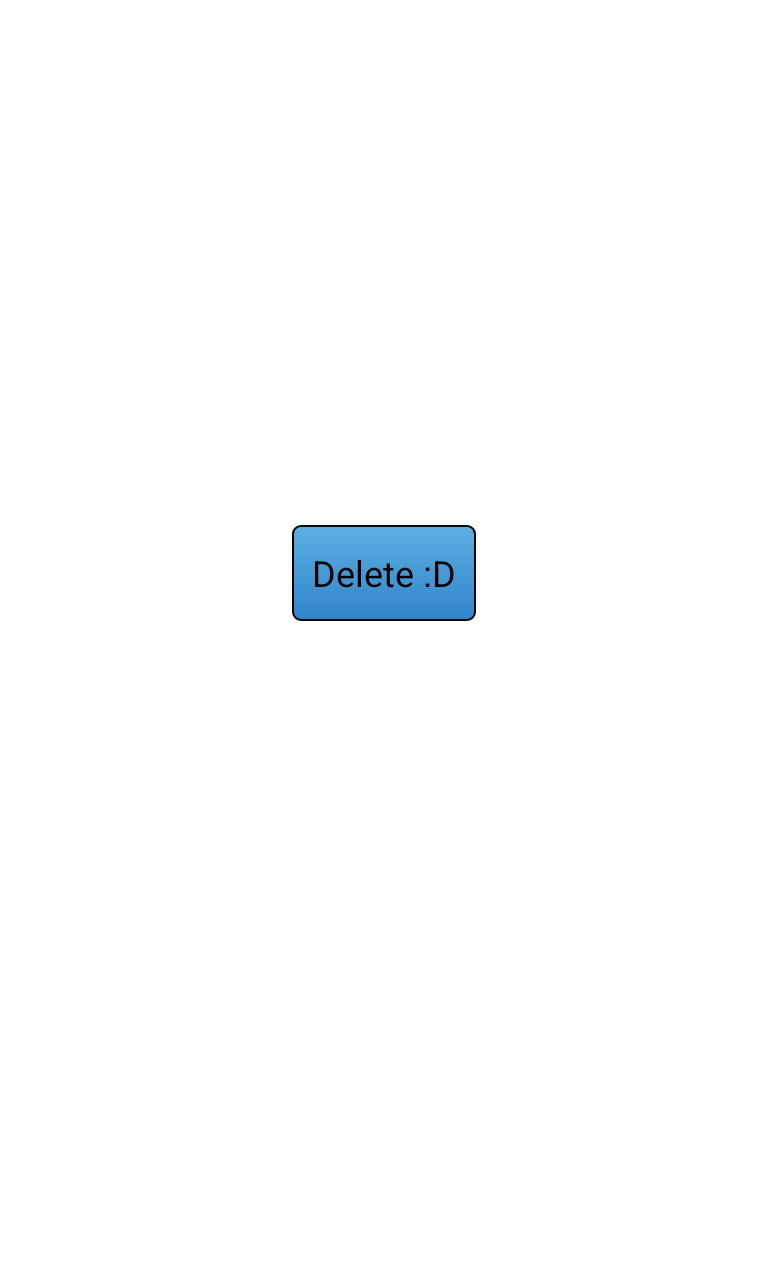
Repository: ArisKots1992/Software-Development
Layout: Anaptiksi Logismikou/Anaptiksi Logismikou/AdminClientApplication/res/layout/third_tab.xml
The author's editor kept a copy of each file at every save. The layout is drawn from the files as they stood at one save, then again after the next save.
It is drawn on a 768 x 1280 px phone screen (xhdpi) without system bars, with theme AppTheme; the app's code is not run.

Above is the layout before, as saved 2015-01-19 16:18:53.

After the next save:
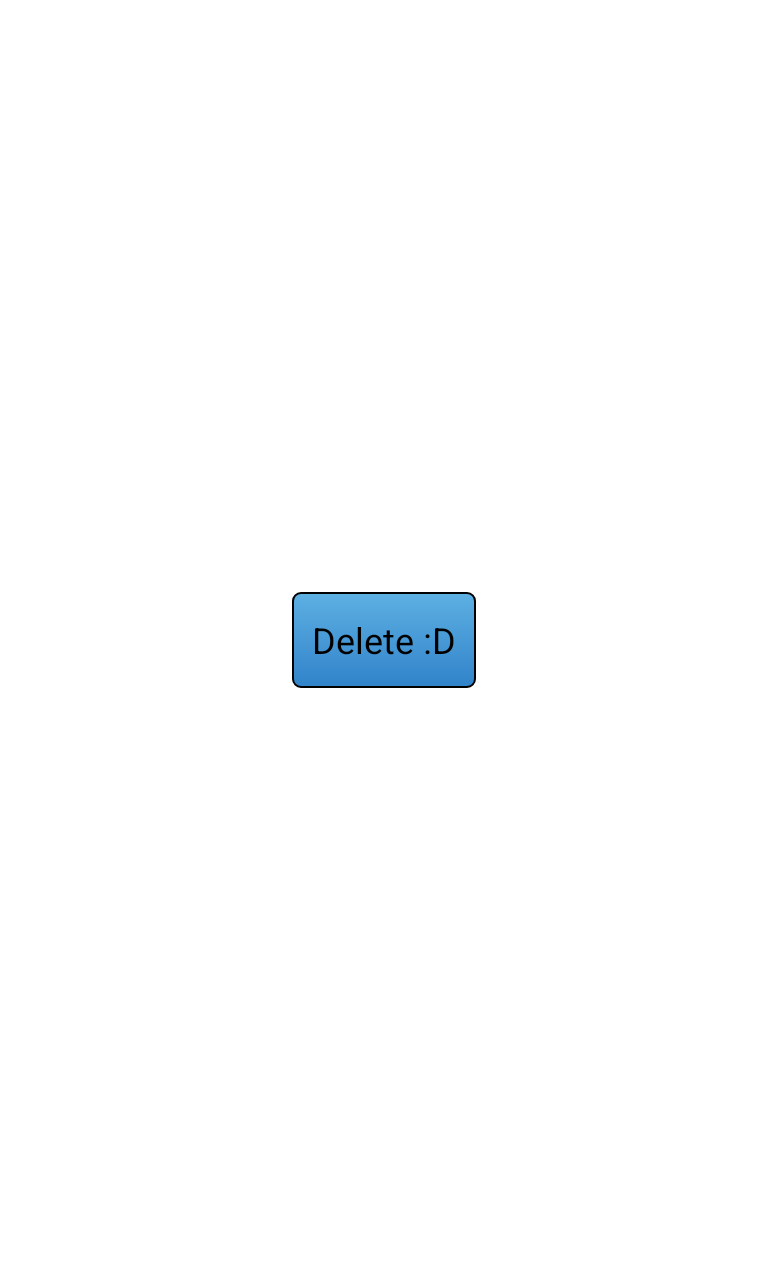
Saved 13 s later.
--- a/Anaptiksi Logismikou/Anaptiksi Logismikou/AdminClientApplication/res/layout/third_tab.xml
+++ b/Anaptiksi Logismikou/Anaptiksi Logismikou/AdminClientApplication/res/layout/third_tab.xml
@@ -12,9 +12,5 @@
         android:text="Delete :D"
         android:background="@drawable/custom_button" />
 
-    <TextView
-        android:id="@+id/textView"
-        android:layout_width="wrap_content"
-        android:layout_height="wrap_content"
-        android:textSize="50sp"/>
+
 </LinearLayout>
